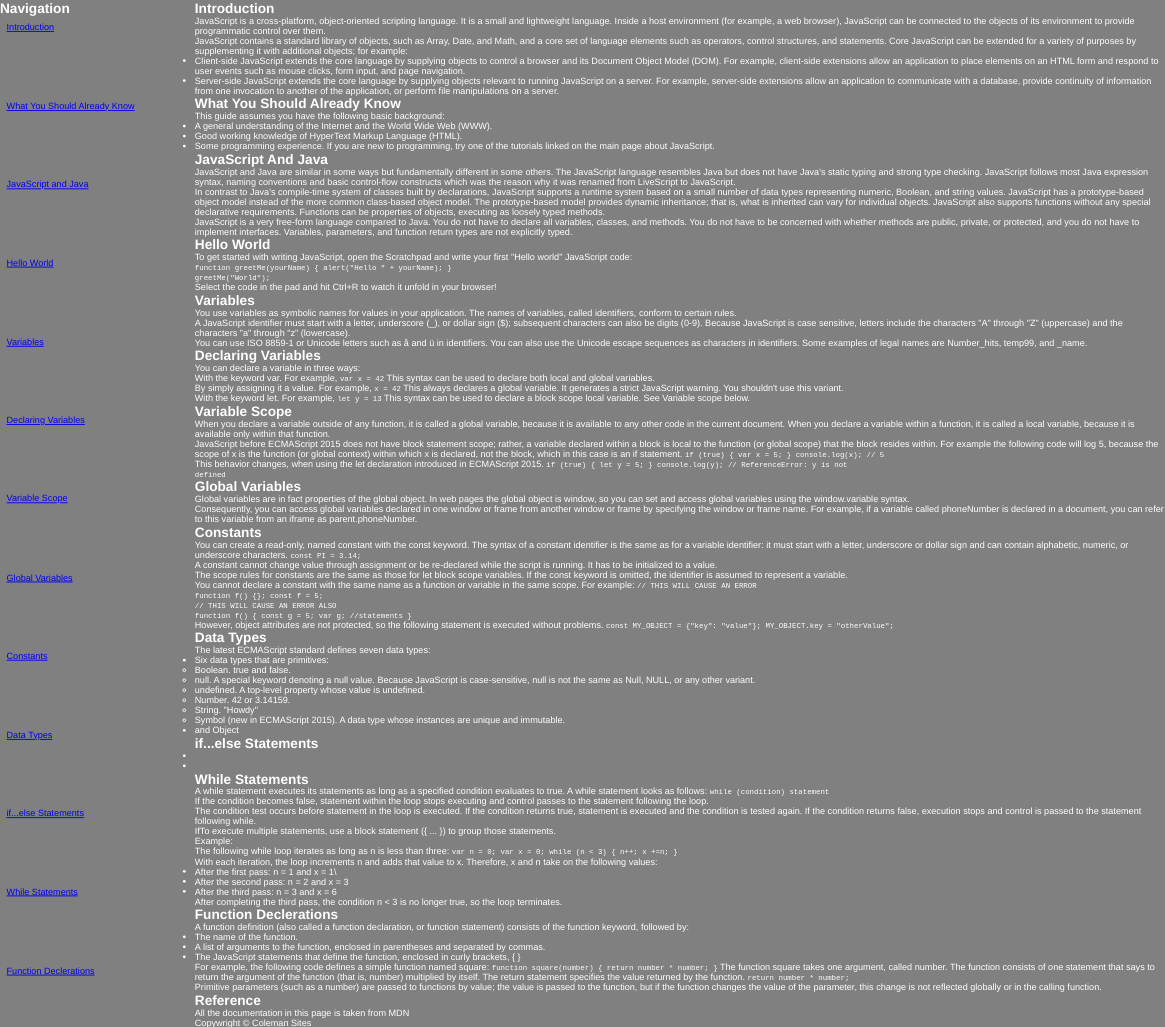
Repository: ctcoleman/technicalDocumentationPage
Page: index.html
The author's editor kept a copy of each file at every save. The page is drawn from the files as they stood at one save, then again after the next save.
The browser window is 1280 px wide. The pictures show the whole page, at 91% of full size.

Above is the page before, as saved 2020-07-10 19:45:40.

### index.html
<!DOCTYPE html>
<html lang="en">

<head>
  <meta charset="UTF-8">
  <meta name="viewport" content="width=device-width, initial-scale=1.0">
  <title>FCC: Technical Documentation Page</title>
  <link type="text/css" rel="stylesheet" href="/assets/stylesheets/style.css">
</head>

<body>

  <nav id="navbar">
    <header id="main-heading">
    </header>
    <h2>Navigation</h2>
    <div class="nav-container">
      <a class="nav-link" href="#introduction">Introduction</a>
      <a class="nav-link" href="#what_you_should_already_know">What You Should Already Know</a>
      <a class="nav-link" href="#javaScript_and_java">JavaScript and Java</a>
      <a class="nav-link" href="#hello_world">Hello World</a>
      <a class="nav-link" href="#variables">Variables</a>
      <a class="nav-link" href="#declaring_variables">Declaring Variables</a>
      <a class="nav-link" href="#variable_scope">Variable Scope</a>
      <a class="nav-link" href="#global_variables">Global Variables</a>
      <a class="nav-link" href="#constants">Constants</a>
      <a class="nav-link" href="#data_types">Data Types</a>
      <a class="nav-link" href="#if...else_statements">if...else Statements</a>
      <a class="nav-link" href="#while_statements">While Statements</a>
      <a class="nav-link" href="#function_declerations">Function Declerations</a>
      <a class="nav-link" href="#reference">Reference</a>
    </div>
  </nav>

  <main id="main-doc">

    <section class="main-section" id="introduction">
      <header class="topic-header">
        <h2>Introduction</h2>
      </header>
      <article>
        <p>
          JavaScript is a cross-platform, object-oriented scripting language. It is a small and lightweight language.
          Inside a host environment (for example, a web browser), JavaScript can be connected to the objects of its
          environment to provide programmatic control over them.
        </p>
        <p>
          JavaScript contains a standard library of objects, such as Array, Date, and Math, and a core set of language
          elements such as operators, control structures, and statements. Core JavaScript can be extended for a variety
          of purposes by supplementing it with additional objects; for example:
        <ul>
          <li>Client-side JavaScript extends the core language by supplying objects to control a browser and its
            Document Object Model (DOM). For example, client-side extensions allow an application to place elements on
            an HTML form and respond to user events such as mouse clicks, form input, and page navigation.</li>
          <li>Server-side JavaScript extends the core language by supplying objects relevant to running JavaScript on a
            server. For example, server-side extensions allow an application to communicate with a database, provide
            continuity of information from one invocation to another of the application, or perform file manipulations
            on a server.</li>
        </ul>
        </p>
      </article>
    </section>

    <section class="main-section" id="what_you_should_already_know">
      <header class="topic-header">
        <h2>What You Should Already Know</h2>
      </header>
      <article>
        <p>
          This guide assumes you have the following basic background:
        <ul>
          <li>A general understanding of the Internet and the World Wide Web (WWW).
          </li>
          <li>Good working knowledge of HyperText Markup Language (HTML).
          </li>
          <li>Some programming experience. If you are new to programming, try one of the tutorials linked on the main
            page about JavaScript.
          </li>
        </ul>
        </p>
      </article>
    </section>

    <section class="main-section" id="javaScript_and_java">
      <header class="topic-header">
        <h2>JavaScript And Java</h2>
      </header>
      <article>
        <p>
          JavaScript and Java are similar in some ways but fundamentally different in some others. The JavaScript
          language resembles Java but does not have Java's static typing and strong type checking. JavaScript follows
          most Java expression syntax, naming conventions and basic control-flow constructs which was the reason why it
          was renamed from LiveScript to JavaScript.
        </p>
        <p>
          In contrast to Java's compile-time system of classes built by declarations, JavaScript supports a runtime
          system based on a small number of data types representing numeric, Boolean, and string values. JavaScript has
          a prototype-based object model instead of the more common class-based object model. The prototype-based model
          provides dynamic inheritance; that is, what is inherited can vary for individual objects. JavaScript also
          supports functions without any special declarative requirements. Functions can be properties of objects,
          executing as loosely typed methods.
        </p>
        <p>
          JavaScript is a very free-form language compared to Java. You do not have to declare all variables, classes,
          and methods. You do not have to be concerned with whether methods are public, private, or protected, and you
          do not have to implement interfaces. Variables, parameters, and function return types are not explicitly
          typed.
        </p>
      </article>
    </section>

    <section class="main-section" id="hello_world">
      <header class="topic-header">
        <h2>Hello World</h2>
      </header>
      <article>
        <p>
          To get started with writing JavaScript, open the Scratchpad and write your first "Hello world" JavaScript
          code:
        </p>
        <code>
          function greetMe(yourName) { alert("Hello " + yourName); }<br>
          greetMe("World");
        </code>
        <p>
          Select the code in the pad and hit Ctrl+R to watch it unfold in your browser!
        </p>
      </article>
    </section>

    <section class="main-section" id="variables">
      <header class="topic-header">
        <h2>Variables</h2>
      </header>
      <article>
        <p>
          You use variables as symbolic names for values in your application. The names of variables, called
          identifiers, conform to certain rules.
        </p>
        <p>
          A JavaScript identifier must start with a letter, underscore (_), or dollar sign ($); subsequent characters
          can also be digits (0-9). Because JavaScript is case sensitive, letters include the characters "A" through "Z"
          (uppercase) and the characters "a" through "z" (lowercase).
        </p>
        <p>
          You can use ISO 8859-1 or Unicode letters such as å and ü in identifiers. You can also use the Unicode escape
          sequences as characters in identifiers. Some examples of legal names are Number_hits, temp99, and _name.
        </p>
      </article>
    </section>

    <section class="main-section" id="declaring_variables">
      <header class="topic-header">
        <h2>Declaring Variables</h2>
      </header>
      <article>
        <p>
          You can declare a variable in three ways:
        </p>
        <p>
          With the keyword var. For example,
          <code> var x = 42</code>
          This syntax can be used to declare both local and global variables.
        </p>
        <p>
          By simply assigning it a value. For example,
          <code>x = 42</code>
          This always declares a global variable. It generates a strict JavaScript warning. You shouldn't use this
          variant.
        </p>
        <p>
          With the keyword let. For example,
          <code>let y = 13</code>
          This syntax can be used to declare a block scope local variable. See Variable scope below.
        </p>
      </article>
    </section>

    <section class="main-section" id="variable_scope">
      <header class="topic-header">
        <h2>Variable Scope</h2>
      </header>
      <article>
        <p>
          When you declare a variable outside of any function, it is called a global variable, because it is available
          to any other code in the current document. When you declare a variable within a function, it is called a local
          variable, because it is available only within that function.
        </p>
        <p>
          JavaScript before ECMAScript 2015 does not have block statement scope; rather, a variable declared within a
          block is local to the function (or global scope) that the block resides within. For example the following code
          will log 5, because the scope of x is the function (or global context) within which x is declared, not the
          block, which in this case is an if statement.
          <code>if (true) { var x = 5; } console.log(x); // 5</code>
        </p>
        <p>
          This behavior changes, when using the let declaration introduced in ECMAScript 2015.
          <code>if (true) { let y = 5; } console.log(y); // ReferenceError: y is not<br>
          defined</code>
        </p>
      </article>
    </section>

    <section class="main-section" id="global_variables">
      <header class="topic-header">
        <h2>Global Variables</h2>
      </header>
      <article>
        <p>
          Global variables are in fact properties of the global object. In web pages the global object is window, so you
          can set and access global variables using the window.variable syntax.
        </p>
        <p>
          Consequently, you can access global variables declared in one window or frame from another window or frame by
          specifying the window or frame name. For example, if a variable called phoneNumber is declared in a document,
          you can refer to this variable from an iframe as parent.phoneNumber.
        </p>
      </article>
    </section>

    <section class="main-section" id="constants">
      <header class="topic-header">
        <h2>Constants</h2>
      </header>
      <article>
        <p>
          You can create a read-only, named constant with the const keyword. The syntax of a constant identifier is the
          same as for a variable identifier: it must start with a letter, underscore or dollar sign and can contain
          alphabetic, numeric, or underscore characters.
          <code>const PI = 3.14;</code>
        </p>
        <p>
          A constant cannot change value through assignment or be re-declared while the script is running. It has to be
          initialized to a value.
          <br>
          The scope rules for constants are the same as those for let block scope variables. If the const keyword is
          omitted, the identifier is assumed to represent a variable.
          <br>
          You cannot declare a constant with the same name as a function or variable in the same scope. For example:
          <code>
            // THIS WILL CAUSE AN ERROR<br> function f() {}; const f = 5;<br> // THIS WILL
            CAUSE AN ERROR ALSO<br> function f() { const g = 5; var g; //statements
            }
          </code>
        </p>
        <p>
          However, object attributes are not protected, so the following statement is executed without problems.

          <code>
            const MY_OBJECT = {"key": "value"}; MY_OBJECT.key = "otherValue";
          </code>
        </p>
      </article>
    </section>

    <section class="main-section" id="data_types">
      <header class="topic-header">
        <h2>Data Types</h2>
      </header>
      <article>
        <p>
          The latest ECMAScript standard defines seven data types:
        <ul>
          <li>Six data types that are primitives:</li>
          <ul>
            <li>Boolean. true and false.</li>
            <li>null. A special keyword denoting a null value. Because JavaScript is case-sensitive, null is not the
              same as Null, NULL,
              or any other variant.</li>
            <li>undefined. A top-level property whose value is undefined.</li>
            <li>Number. 42 or 3.14159.</li>
            <li>String. "Howdy"</li>
            <li>Symbol (new in ECMAScript 2015). A data type whose instances are unique and immutable.</li>
          </ul>
          <li>and Object</li>
        </ul>
        </p>
        <p>

        </p>
      </article>
    </section>

    <section class="main-section" id="if...else_statements">
      <header class="topic-header">
        <h2>if...else Statements</h2>
      </header>
      <article>
        <p>
        <ul>
          <li></li>
          <li></li>
        </ul>
        </p>
        <p>

        </p>
      </article>
    </section>

    <section class="main-section" id="while_statements">
      <header class="topic-header">
        <h2>While Statements</h2>
      </header>
      <article>
        <p>
          A while statement executes its statements as long as a specified condition evaluates to true. A while
          statement looks as
          follows:
          <code>while (condition) statement</code>
        </p>
        <p>
          If the condition becomes false, statement within the loop stops executing and control passes to the statement
          following the loop.
          <br>
          The condition test occurs before statement in the loop is executed. If the condition returns true, statement
          is executed and the condition is tested again. If the condition returns false, execution stops and control is
          passed to the statement following while.
        </p>
        <p>
          IfTo execute multiple statements, use a block statement ({ ... }) to group those statements.
          <br>
          Example:
          <br>
          The following while loop iterates as long as n is less than three:
          <code>
            var n = 0; var x = 0; while (n < 3) { n++; x +=n; }
          </code>
        </p>
        <p>
          With each iteration, the loop increments n and adds that value to x. Therefore, x and n take on the following
          values:
        <ul>
          <li>
            After the first pass: n = 1 and x = 1\
          </li>
          <li>
            After the second pass: n = 2 and x = 3
          </li>
          <li>
            After the third pass: n = 3 and x = 6
          </li>
        </ul>
        After completing the third pass, the condition n < 3 is no longer true, so the loop terminates. </p>
      </article>
    </section>

    <section class="main-section" id="function_declerations">
      <header class="topic-header">
        <h2>Function Declerations</h2>
      </header>
      <article>
        <p>
          A function definition (also called a function declaration, or function statement) consists of the function
          keyword, followed by:
        <ul>
          <li>The name of the function.</li>
          <li>A list of arguments to the function, enclosed in parentheses and separated by commas.</li>
          <li>The JavaScript statements that define the function, enclosed in curly brackets, { }</li>
        </ul>
        </p>
        For example, the following code defines a simple function named square:
        <code>function square(number) { return number * number; }</code>
        The function square takes one argument, called number. The function consists of one statement that says to
        return the
        argument of the function (that is, number) multiplied by itself. The return statement specifies the value
        returned by
        the function.
        <code>return number * number;</code>

        <p>
          Primitive parameters (such as a number) are passed to functions by value; the value is passed to the function,
          but if the function changes the value of the parameter, this change is not reflected globally or in the
          calling function.
        </p>
      </article>
    </section>

    <section class="main-section" id="reference">
      <header class="topic-header">
        <h2>Reference</h2>
      </header>
      <article>
        <p>
          All the documentation in this page is taken from MDN
          <p />
      </article>
    </section>

    <footer id="footer-wrapper">
      <span>Copywright &copy; Coleman Sites</span>
    </footer>
  </main>
  <script src="https://cdn.freecodecamp.org/testable-projects-fcc/v1/bundle.js"></script>
</body>

</html>

### assets/stylesheets/style.css
/** Basic Styling **/
* {
  margin: 0;
  padding: 0;
  outline: 0;
  box-sizing: border-box;
}

body {
 background: grey;
 color: white;
 -webkit-font-smoothing: antialiased;
 display: flex;
}

body,
input,
button {
 font-size: 62.5%;
 font-family: 'Helvetica';
}

button {
 cursor: pointer;
}

/** NavBar Styling **/
#navbar {
  width: 40vw;
}
/** Heading Stying **/

#main-heading h1 {
  font-size: 3rem;
}

.nav-container {
  position: fixed;
  left: 0;
  display: flex;
  flex-direction: column;
}

.nav-container .nav-link {
  display: inline-block;
  width: 15vw;
  height: 10vh;
  margin: 1vh;
}

After the next save:
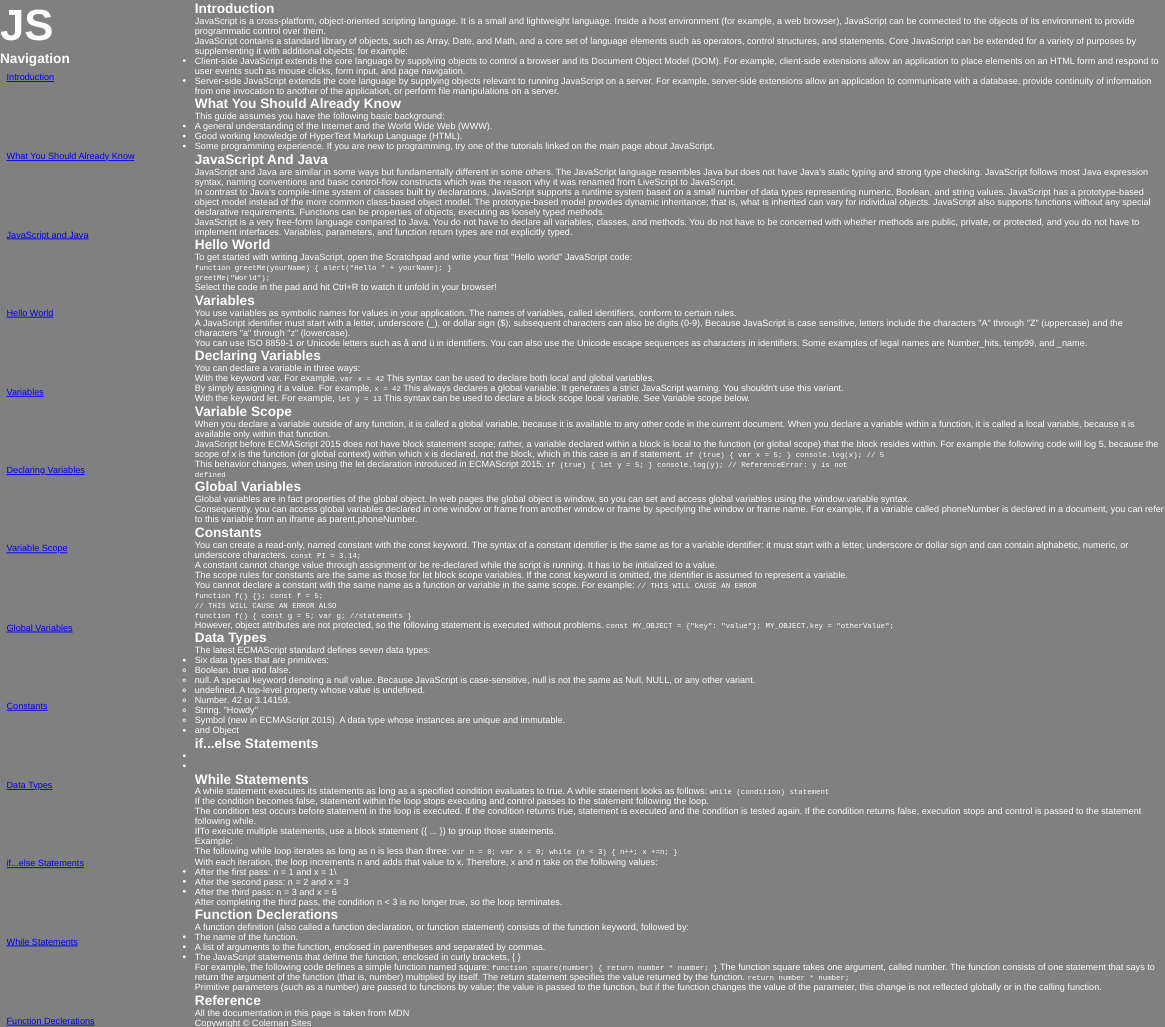
Saved 7 s later.
--- a/index.html
+++ b/index.html
@@ -12,6 +12,7 @@
 
   <nav id="navbar">
     <header id="main-heading">
+      <h1>JS </h1>
     </header>
     <h2>Navigation</h2>
     <div class="nav-container">
